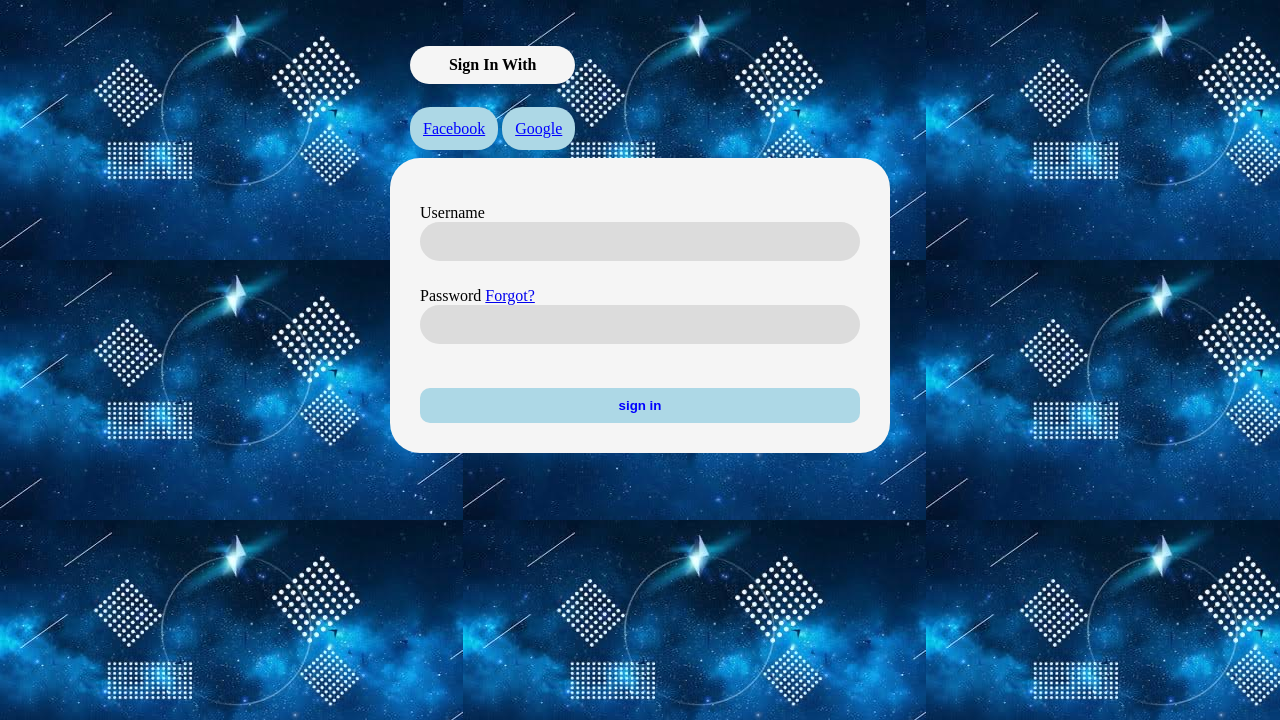
Repository: Tobby004/bdc-assignment-2
Page: index.html
These files come from the project's save history. The page is drawn as it stood at one moment and after the next save; the edit follows.
The browser window is 1280 px wide. The pictures show the whole page.

Above is the page before, as saved 2023-02-11 23:33:23.

### index.html
<!DOCTYPE html>
<html lang="en">
<head>
    <meta charset="UTF-8">
    <meta http-equiv="X-UA-Compatible" content="IE=edge">
    <meta name="viewport" content="width=<device-width>, initial-scale=1.0">
    <title>Document</title>
    <link rel="stylesheet" href="task.css">
</head>
<body>
    <header>
    <div class="box-container">
        <div class="box1">
        <br>
            <b>
             Sign In With
            </b>
        <br>
        <br>
        <a href="#">
            Facebook</a>
            <a href="#">
                Google
            </a>
        </div>
            </div>
        </header>


        <div class="form-input">
        <p>Username
            <br>
            <input type="text" placeholder="" />
        </p>
         <p>Password
            <a href="#">Forgot?</a>
            <br>
            <input type="password" />
         </p>
         <br>
         <button><b>sign in</b></button>
        </div>


</body>
</html>

### task.css
*{
    box-sizing:border-box;
}
header{

    display: flex;
    padding: 20px;
    max-width: 500px;
    margin-left: auto;
    margin-right: auto;
    border: none;
}
body{
    background-image: url(image/IMG100.JPG)
}
header b {
    background-color:whitesmoke ;
    display: flex;
    padding: 10px;
    border-radius: 30px;
    margin-right: auto;
    margin-left: auto;
    max-width: 500px;
    justify-content: center;
}
header a {
    display: flexbox;
    padding: 13px;
    color: blue;
    border-radius: 20px;
    background-color: lightblue;
    width: 200%;
    margin-bottom: 20px;
    max-width: 100px;
}
.form-input{
    display: block;
    max-width: 500px;
    background-color: whitesmoke;
    padding: 30px;
    margin-left: auto;
    margin-right: auto;
    border-radius: 30px;
}

input {
    background-color: gainsboro;
    display: flexbox;
    padding: 12px;
    width: 100%;
    border: none;
    border-radius: 30px;
    margin-bottom: 10px;
}
button {
    display: block;
    padding: 10px;
    width: 100%;
    border: none;
    color: blue;
    border-radius: 10px;
    background: lightblue;
}

After the next save:
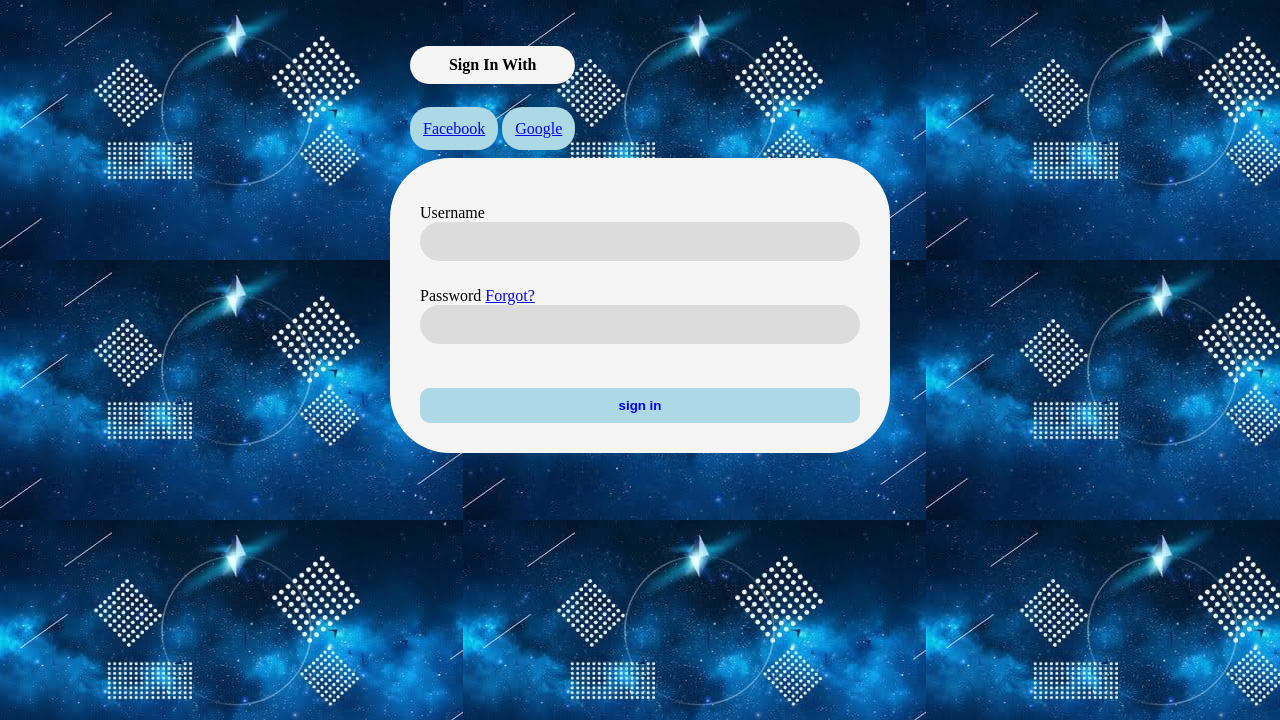
Saved 28 s later.
--- a/task.css
+++ b/task.css
@@ -40,7 +40,7 @@ header a {
     padding: 30px;
     margin-left: auto;
     margin-right: auto;
-    border-radius: 30px;
+    border-radius: 60px;
 }
 
 input {
